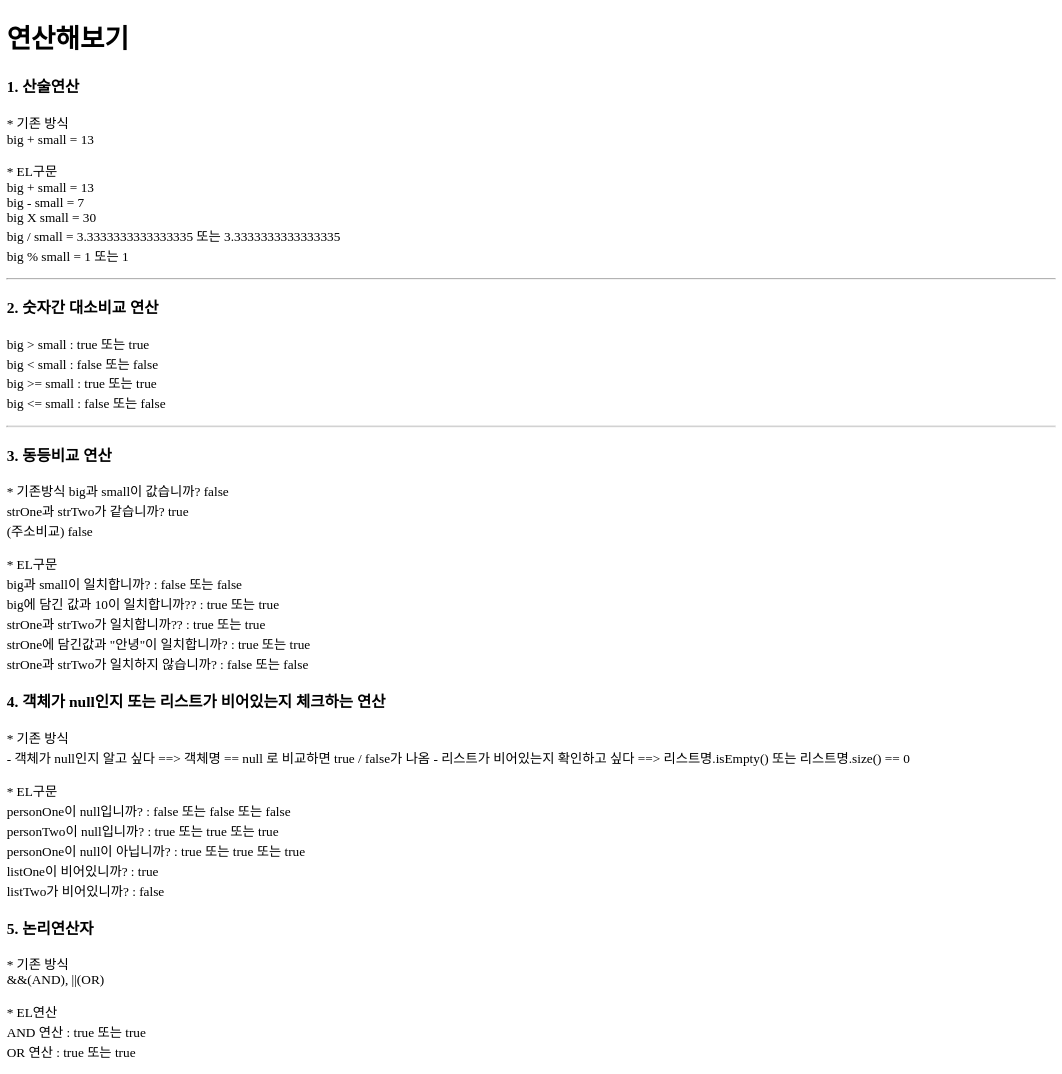
Repository: judeyong/myWebWorkSpace2
Page: http://localhost/Action_Project/operation.do
The author's editor kept a copy of each file at every save. The page is drawn from the files as they stood at one save, then again after the next save.
The browser window is 1280 px wide. The pictures show the whole page, at 83% of full size.
The page is served by Tomcat 9. Other server files are loaded and not shown.

Above is the page before, as saved 2024-04-03 02:47:46.

### Action_Project/WebContent/views/02_elOperation.jsp
<%@ page language="java" contentType="text/html; charset=UTF-8"
    pageEncoding="UTF-8"%>
<!DOCTYPE html>
<html>
<head>
<meta charset="UTF-8">
<title>Insert title here</title>
</head>
<body>

	<h1>연산해보기</h1>
	<h3>1. 산술연산</h3>

	<p>
		* 기존 방식 <br>
		big + small = <%= (int)request.getAttribute("big") + (int)request.getAttribute("small") %>
	</p>

	<p>
		* EL구문<br>
		big + small = ${ big + small } <br>
		big - small = ${ big - small } <br>
		big X small = ${ big * small } <br>
		big / small = ${ big / small } 또는 ${ big div small }<br>
		big % small = ${ big % small } 또는 ${ big mod small }<br>
	</p>

	<hr>

	<h3>2. 숫자간 대소비교 연산</h3>

	<p>
		big &gt; small : ${ big > small } 또는 ${ big gt small } <br>
		big &lt; small : ${ big < small } 또는 ${ gib lt small } <br>
		big &gt;= small : ${ big >= small } 또는 ${ big ge small } <br>
		big &lt;= small : ${ big <= small } 또는 ${ big le small } <br>
	</p>

	<hr>

	<h3>3. 동등비교 연산</h3>

	<p>
		* 기존방식
		big과 small이 값습니까?
		<%= (int)request.getAttribute("big") == (int)request.getAttribute("small") %> <br>
		strOne과 strTwo가 같습니까?
		<%= ((String)request.getAttribute("strOne")).equals((String)request.getAttribute("strTwo")) %> <br>
		(주소비교)
		<%= (String)request.getAttribute("strOne") == (String)request.getAttribute("strTwo") %> <br>
	</p>

	<p>
		* EL구문 <br>
		big과 small이 일치합니까? : ${ big == small } 또는 ${ big eq small }<br>
		big에 담긴 값과 10이 일치합니까??  : ${ big == 10 } 또는 ${ big eq 10 }<br>
		strOne과 strTwo가 일치합니까?? : ${ strOne == strTwo } 또는 ${ strOne eq strTwo } <br>
		<!-- EL에서의 문자열의 == 비교는 자바에서의 equals() 와 같은 동작을 함 -->
		strOne에 담긴값과 "안녕"이 일치합니까? : ${ strOne == "안녕" } 또는 ${ strOne == '안녕' } <br>
		<!-- EL에서의 문자열 리터럴 비교 시 쌍따옴표 / 홑따옴표 둘다 사용 가능 -->
		strOne과 strTwo가 일치하지 않습니까? : ${ strOne != strTwo } 또는 ${ strOne ne strTwo } <br>
		<!-- ne : not equals -->
	</p>

	<h3>4. 객체가 null인지 또는 리스트가 비어있는지 체크하는 연산</h3>

	<p>
		* 기존 방식 <br>
		- 객체가 null인지 알고 싶다 ==> 객체명 == null 로 비교하면 true / false가 나옴
		- 리스트가 비어있는지 확인하고 싶다 ==> 리스트명.isEmpty() 또는 리스트명.size() == 0
	</p>

	<p>
		* EL구문 <br>
		personOne이 null입니까? : ${ personOne == null } 또는 ${ personOne eq null } 또는 ${ empty personOne } <br>
		personTwo이 null입니까? : ${ personTwo == null } 또는 ${ personTwo eq null } 또는 ${ empty personTwo } <br>
		personOne이  null이 아닙니까? : ${ !empty personOne} 또는 ${ personOne != null } 또는 ${ personOne ne null } <br>

		listOne이 비어있니까? : ${ empty listOne } <br>
		listTwo가 비어있니까? : ${ empty listTwo } <br>
	</p>

	<h3>5. 논리연산자</h3>

	<p>
		* 기존 방식 <br>
		&&(AND), ||(OR)
	</p>

	<p>
		* EL연산 <br>
		AND 연산 : ${ true && true } 또는 ${ true and true }<br>
		OR 연산 :  ${ true || true } 또는 ${ true or false }<br>
	</p>

	<p>

	</p>



















</body>
</html>

### Action_Project/src/com/kh/controller/OperationServlet.java
package com.kh.controller;

import java.io.IOException;
import java.util.ArrayList;

import javax.servlet.ServletException;
import javax.servlet.annotation.WebServlet;
import javax.servlet.http.HttpServlet;
import javax.servlet.http.HttpServletRequest;
import javax.servlet.http.HttpServletResponse;

import com.kh.model.vo.Person;

/**
 * Servlet implementation class OperationServlet
 */
@WebServlet("/operation.do")
public class OperationServlet extends HttpServlet {
	private static final long serialVersionUID = 1L;

    /**
     * @see HttpServlet#HttpServlet()
     */
    public OperationServlet() {
        super();
        // TODO Auto-generated constructor stub
    }

	/**
	 * @see HttpServlet#doGet(HttpServletRequest request, HttpServletResponse response)
	 */
	protected void doGet(HttpServletRequest request, HttpServletResponse response) throws ServletException, IOException {

		// 테스트 할 수 있는 값 넘기기
		request.setAttribute("big", 10);
		request.setAttribute("small", 3);

		request.setAttribute("strOne", "안녕");
		request.setAttribute("strTwo", new String("안녕"));

		request.setAttribute("personOne", new Person("홍길동", 15, "한양"));
		request.setAttribute("personTwo", null);

		ArrayList<String> list1 = new ArrayList();
		request.setAttribute("listOne", list1);

		ArrayList<String> list2 = new ArrayList();
		list2.add("ㅎㅇ");
		request.setAttribute("listTwo", list2);

		// 일단 여기까지 requestScope에 총 8개의 값을 담았음
		request.getRequestDispatcher("views/02_elOperation.jsp").forward(request, response);

	}

	/**
	 * @see HttpServlet#doPost(HttpServletRequest request, HttpServletResponse response)
	 */
	protected void doPost(HttpServletRequest request, HttpServletResponse response) throws ServletException, IOException {
		// TODO Auto-generated method stub
		doGet(request, response);
	}

}

### Action_Project/src/com/kh/model/vo/Person.java
package com.kh.model.vo;

public class Person {

	private String name;
	private int age;
	private String address;

	public Person() {
		super();
	}

	public Person(String name, int age, String address) {
		super();
		this.name = name;
		this.age = age;
		this.address = address;
	}

	public String getName() {
		return name;
	}

	public void setName(String name) {
		this.name = name;
	}

	public int getAge() {
		return age;
	}

	public void setAge(int age) {
		this.age = age;
	}

	public String getAddress() {
		return address;
	}

	public void setAddress(String address) {
		this.address = address;
	}

	@Override
	public String toString() {
		return "Person [name=" + name + ", age=" + age + ", address=" + address + "]";
	}

}

After the next save:
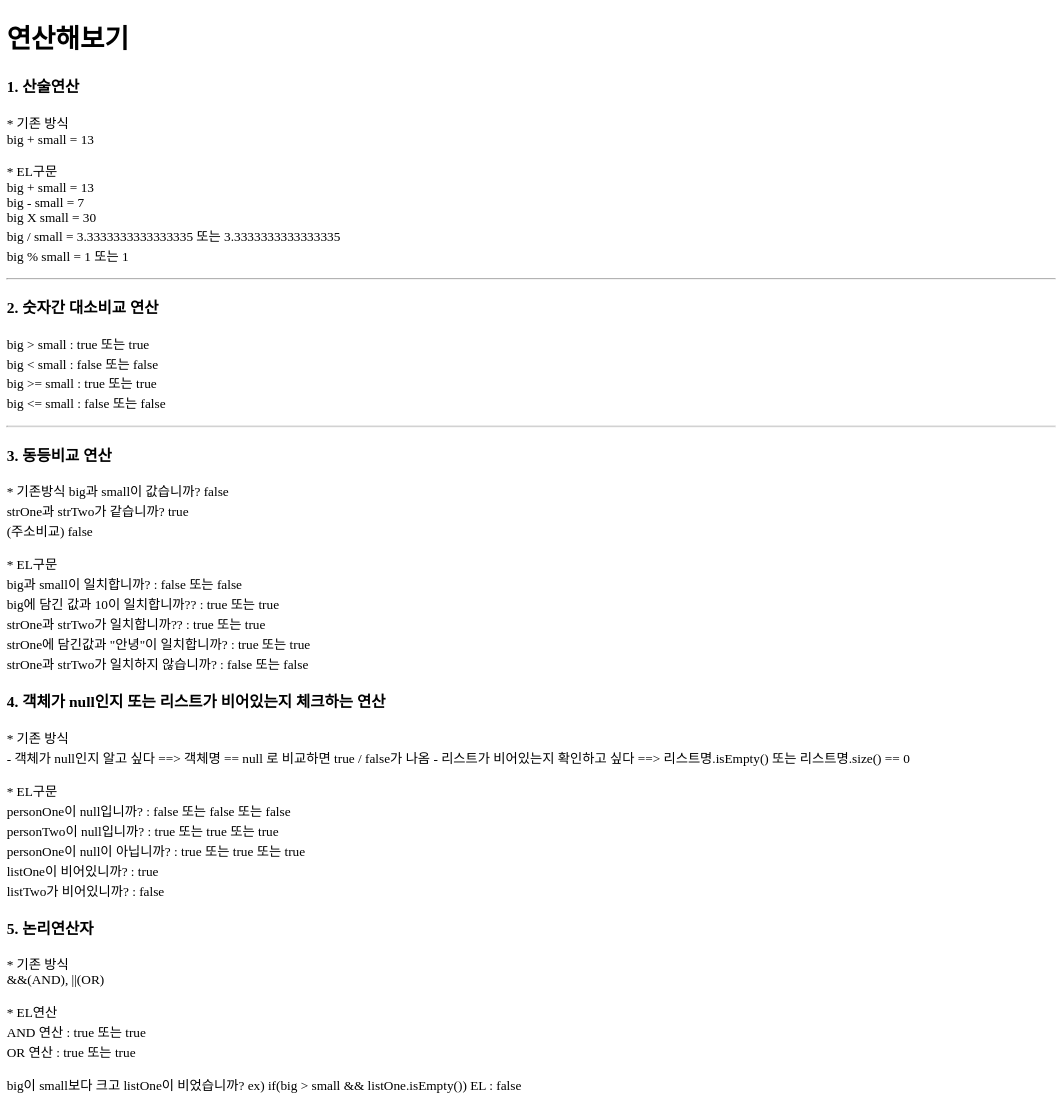
Saved 72 s later.
--- a/Action_Project/WebContent/views/02_elOperation.jsp
+++ b/Action_Project/WebContent/views/02_elOperation.jsp
@@ -94,7 +94,10 @@
 	</p>
 
 	<p>
+		big이 small보다 크고 listOne이 비었습니까?
+		ex) if(big > small && listOne.isEmpty())
 
+		EL : ${ (big eq small) and (empty listOne) }
 	</p>
 
 
